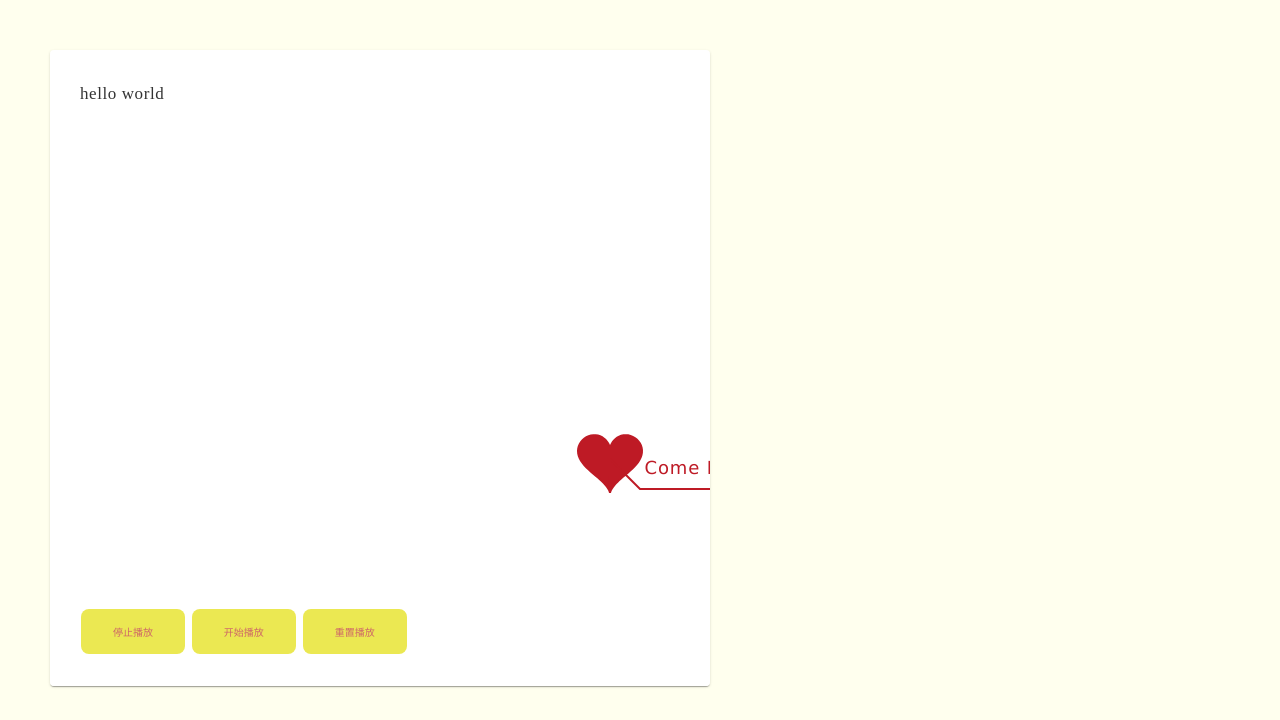
Repository: FuchangXu/FuchangXu.github.io
Page: index copy.html
The author's editor kept a copy of each file at every save. The page is drawn from the files as they stood at one save, then again after the next save.
The browser window is 1280 px wide. The pictures show the whole page.
An inner scrolling area shows only its first screen.

Above is the page before, as saved 2024-08-22 19:14:11.

### index copy.html
<!DOCTYPE html PUBLIC "-//W3C//DTD XHTML 1.0 Strict//EN" "http://www.w3.org/TR/xhtml1/DTD/xhtml1-strict.dtd">
<html xml:lang="en" xmlns="http://www.w3.org/1999/xhtml"><head><meta http-equiv="Content-Type" content="text/html; charset=UTF-8">
		<title>叶瑾睿生日快乐！</title>
        <link type="text/css" rel="stylesheet" href="./js/default.css">
		<script type="text/javascript" src="./js/jquery.min.js"></script>
		<script type="text/javascript" src="./js/jscex.min.js"></script>
		<script type="text/javascript" src="./js/jscex-parser.js"></script>
		<script type="text/javascript" src="./js/jscex-jit.js"></script>
		<script type="text/javascript" src="./js/jscex-builderbase.min.js"></script>
		<script type="text/javascript" src="./js/jscex-async.min.js"></script>
		<script type="text/javascript" src="./js/jscex-async-powerpack.min.js"></script>
		<script type="text/javascript" src="./js/functions.js" charset="utf-8"></script>
		<script type="text/javascript" src="./js/love.js" charset="utf-8"></script>
<style type="text/css">
    .birthday-message {
        color: rgb(215, 54, 54); /* 你可以根据需要修改这个颜色 */
    }

    .time-message {
        /* 假设你想给“现在已经是你的来到世界上的……”这句话设置不同的颜色 */
        color: hwb(0 0% 100%); /* 示例颜色 */
    }
    .zhengwen {
        color: #241414;
    }
    .biaoti {
        color: #e38ad5;
    }
        </style>
 <style>

    .box {
        height: 80vh;
        width: 70%;
        max-width: 600px;
        background-color: #fff;
        padding: 30px;
        border-radius: 4px;
        box-shadow: rgb(0 0 0 / 20%) 0px 2px 1px -1px, rgb(0 0 0 / 14%) 0px 1px 1px 0px, rgb(0 0 0 / 12%) 0px 1px 3px 0px;
        overflow-wrap: break-word;
        word-wrap: break-word;
        hyphens: auto;
        text-align: justify;
        color: #333;
        font-size: 17px;
        line-height: 1.7;
        letter-spacing: 0.034em;
        font-family: "思源黑体";
        overflow-y: scroll;
        position: absolute; /* 绝对定位 */
        top: 50px; /* 距离页面顶部50px */
        left: 50px; /* 距离页面左侧50px */
    }

    .box::-webkit-scrollbar {
        display: none;
        /* Chrome Safari */
    }
</style>

</head>
    <body>
        <div class="box">
            hello world
        <div id="main">
            <div id="error">本页面采用HTML5编辑，目前您的浏览器无法显示，请换成谷歌(<a href="http://www.google.cn/chrome/intl/zh-CN/landing_chrome.html?hl=zh-CN&brand=CHMI">Chrome</a>)或者火狐(<a href="http://firefox.com.cn/download/">Firefox</a>)浏览器，或者其他游览器的最新版本。</div>
<div id="wrap">
                <div id="text">
			        <div id="code">
    <span class="say">
        未来的CHG，我爱你，虽然你看不见我对你的告白</span><br>

        我知道我不会甜言蜜语，但是我会用行动证明一切</span><br>
    <span class="say"> </span><br>
    <span class="say">你说我啰嗦，有些东西因为越在乎所以越失去</span><br>
    <span class="say">因为我太爱你了，所以我失去你了</span><br>
    <span class="say">因为我太啰嗦了，所以你离开了我</span><br>
    <span class="say">虽然你看不见我的告白，但是我还是要把这些心里话说出来</span><br>
	<span class="say"> </span><br>
    <span class="say"><span class="space"></span> -- 你的好哥哥--</span>
			  </font></p>
      </div>
        </div>
        <div id="clock-box">
            <span class="birthday-message">叶瑾睿生日快乐！</span>
            <span class="STYLE1 time-message">现在已经是你的来到世界上的……</span>
            <div id="clock"></div>
        </div>


                <canvas id="canvas" width="1100" height="680"></canvas>
            </div>

        </div>

<audio id="dd" src="2661264151.mp3"></audio> <!-- 隐藏播放器 -->
<div class="button-container">
    <button onclick="dt()" class="btn">停止播放</button>
    <button onclick="st()" class="btn">开始播放</button>
    <button onclick="rs()" class="btn">重置播放</button>
</div>

<style>
    /* 设置按钮容器的样式 */
    .button-container {
        position: absolute; /* 绝对定位 */
        bottom: 20px; /* 距离页面顶部20px */
        left: 20px; /* 距离页面左侧20px */
        padding: 10px; /* 容器内边距 */
    }

    .btn {
        background-color: hwb(59 32% 8%); /* 背景 */
        border: none; /* 无边框 */
        color: rgb(206, 103, 103); /* 白色文字 */
        padding: 15px 32px; /* 内边距 */
        text-align: center; /* 文字居中 */
        text-decoration: none; /* 无下划线 */
        display: inline-block; /* 行内块级元素 */
        font-size: 10px; /* 字体大小 */
        margin: 2px 1px; /* 外边距 */
        cursor: pointer; /* 鼠标指针 */
        border-radius: 8px; /* 圆角 */
        transition-duration: 0.4s; /* 动画持续时间 */
    }

    .btn:hover {
        background-color: white; /* 鼠标悬停时的背景颜色 */
        color: black; /* 鼠标悬停时的文字颜色 */
        box-shadow: 0 8px 16px 0 rgba(0,0,0,0.3); /* 添加阴影 */
    }
</style>

<script type="text/javascript">
    function dt(){
        var dd = document.getElementById("dd");
        dd.pause(); // 暂停音频
    }
    function st(){
        var dd = document.getElementById("dd");
        dd.play(); // 播放音频
    }
    function rs(){
        var dd = document.getElementById("dd");
        dd.load(); // 重置音频
    }
</script>



    <script>
    (function(){
        var canvas = $('#canvas');

        if (!canvas[0].getContext) {
            $("#error").show();
            return false;        }

        var width = canvas.width();
        var height = canvas.height();
        canvas.attr("width", width);
        canvas.attr("height", height);
        var opts = {
            seed: {
                x: width / 2 - 20,
                color: "rgb(190, 26, 37)",
                scale: 2
            },
            branch: [
                [535, 680, 570, 250, 500, 200, 30, 100, [
                    [540, 500, 455, 417, 340, 400, 13, 100, [
                        [450, 435, 434, 430, 394, 395, 2, 40]
                    ]],
                    [550, 445, 600, 356, 680, 345, 12, 100, [
                        [578, 400, 648, 409, 661, 426, 3, 80]
                    ]],
                    [539, 281, 537, 248, 534, 217, 3, 40],
                    [546, 397, 413, 247, 328, 244, 9, 80, [
                        [427, 286, 383, 253, 371, 205, 2, 40],
                        [498, 345, 435, 315, 395, 330, 4, 60]
                    ]],
                    [546, 357, 608, 252, 678, 221, 6, 100, [
                        [590, 293, 646, 277, 648, 271, 2, 80]
                    ]]
                ]]
            ],
            bloom: {
                num: 700,
                width: 1080,
                height: 650,
            },
            footer: {
                width: 1200,
                height: 5,
                speed: 10,
            }
        }

        var tree = new Tree(canvas[0], width, height, opts);
        var seed = tree.seed;
        var foot = tree.footer;
        var hold = 1;

        canvas.click(function(e) {
            var offset = canvas.offset(), x, y;
            x = e.pageX - offset.left;
            y = e.pageY - offset.top;
            if (seed.hover(x, y)) {
                hold = 0;
                canvas.unbind("click");
                canvas.unbind("mousemove");
                canvas.removeClass('hand');
            }
        }).mousemove(function(e){
            var offset = canvas.offset(), x, y;
            x = e.pageX - offset.left;
            y = e.pageY - offset.top;
            canvas.toggleClass('hand', seed.hover(x, y));
        });

        var seedAnimate = eval(Jscex.compile("async", function () {
            seed.draw();
            while (hold) {
                $await(Jscex.Async.sleep(10));
            }
            while (seed.canScale()) {
                seed.scale(0.95);
                $await(Jscex.Async.sleep(10));
            }
            while (seed.canMove()) {
                seed.move(0, 2);
                foot.draw();
                $await(Jscex.Async.sleep(10));
            }
        }));

        var growAnimate = eval(Jscex.compile("async", function () {
            do {
    	        tree.grow();
                $await(Jscex.Async.sleep(10));
            } while (tree.canGrow());
        }));

        var flowAnimate = eval(Jscex.compile("async", function () {
            do {
    	        tree.flower(2);
                $await(Jscex.Async.sleep(10));
            } while (tree.canFlower());
        }));

        var moveAnimate = eval(Jscex.compile("async", function () {
            tree.snapshot("p1", 240, 0, 610, 680);
            while (tree.move("p1", 500, 0)) {
                foot.draw();
                $await(Jscex.Async.sleep(10));
            }
            foot.draw();
            tree.snapshot("p2", 500, 0, 610, 680);

            canvas.parent().css("background", "url(" + tree.toDataURL('image/png') + ")");
            canvas.css("background", "#ffe");
            $await(Jscex.Async.sleep(300));
            canvas.css("background", "none");
        }));

        var jumpAnimate = eval(Jscex.compile("async", function () {
            var ctx = tree.ctx;
            while (true) {
                tree.ctx.clearRect(0, 0, width, height);
                tree.jump();
                foot.draw();
                $await(Jscex.Async.sleep(25));
            }
        }));

        var textAnimate = eval(Jscex.compile("async", function () {
		    var together = new Date();
		    together.setFullYear(2008,9 , 10); 			//时间年月日
		    together.setHours(0);						//小时
		    together.setMinutes(0);					//分钟
		    together.setSeconds(0);					//秒前一位
		    together.setMilliseconds(2);				//秒第二位

		    $("#code").show().typewriter();
            $("#clock-box").fadeIn(500);
            while (true) {
                timeElapse(together);
                $await(Jscex.Async.sleep(1000));
            }
        }));

        var runAsync = eval(Jscex.compile("async", function () {
            $await(seedAnimate());
            $await(growAnimate());
            $await(flowAnimate());
            $await(moveAnimate());

            textAnimate().start();

            $await(jumpAnimate());
        }));

        runAsync().start();
    })();
    </script>

</div>
</body>
</html>

### js/default.css
body{margin:0;padding:0;background:#ffe;font-size:14px;font-family:'微软雅黑','宋体',sans-serif;color:#231F20;overflow:auto}
a {color:#000;font-size:14px;}
#main{width:100%;}
#wrap{position:relative;margin:0 auto;width:1100px;height:680px;margin-top:10px;}
#text{width:400px;height:425px;left:60px;top:80px;position:absolute;}
#code{display:none;font-size:16px;}
#clock-box {position:absolute;left:60px;top:550px;font-size:28px;display:none;}
#clock-box a {font-size:28px;text-decoration:none;}
#clock{margin-left:48px;}
#clock .digit {font-size:64px;}
#canvas{margin:0 auto;width:1100px;height:680px;}
#error{margin:0 auto;text-align:center;margin-top:60px;display:none;}
.hand{cursor:pointer;}
.say{margin-left:5px;}
.space{margin-right:150px;}

### js/functions.js
/*
 * http://love.hackerzhou.me
 */

// variables
var $win = $(window);
var clientWidth = $win.width();
var clientHeight = $win.height();

$(window).resize(function() {
    var newWidth = $win.width();
    var newHeight = $win.height();
    if (newWidth != clientWidth && newHeight != clientHeight) {
        location.replace(location);
    }
});

(function($) {
	$.fn.typewriter = function() {
		this.each(function() {
			var $ele = $(this), str = $ele.html(), progress = 0;
			$ele.html('');
			var timer = setInterval(function() {
				var current = str.substr(progress, 1);
				if (current == '<') {
					progress = str.indexOf('>', progress) + 1;
				} else {
					progress++;
				}
				$ele.html(str.substring(0, progress) + (progress & 1 ? '_' : ''));
				if (progress >= str.length) {
					clearInterval(timer);
				}
			}, 75);
		});
		return this;
	};
})(jQuery);

function timeElapse(date){
	var current = Date();
	var seconds = (Date.parse(current) - Date.parse(date)) / 1000;
	var days = Math.floor(seconds / (3600 * 24));
	seconds = seconds % (3600 * 24);
	var hours = Math.floor(seconds / 3600);
	if (hours < 10) {
		hours = "0" + hours;
	}
	seconds = seconds % 3600;
	var minutes = Math.floor(seconds / 60);
	if (minutes < 10) {
		minutes = "0" + minutes;
	}
	seconds = seconds % 60;
	if (seconds < 10) {
		seconds = "0" + seconds;
	}
	var result = "第 <span class=\"digit\">" + days + "</span> 天 <span class=\"digit\">" + hours + "</span> 小时 <span class=\"digit\">" + minutes + "</span> 分钟 <span class=\"digit\">" + seconds + "</span> 秒";
	$("#clock").html(result);
}

Loaded but not shown: js/jquery.min.js (library); js/jscex.min.js (common file); js/jscex-builderbase.min.js (common file); js/jscex-async.min.js (library); js/jscex-async-powerpack.min.js (library); js/jscex-parser.js (1352 lines, source omitted); js/jscex-jit.js (1406 lines, source omitted); js/love.js (533 lines, source omitted)

After the next save:
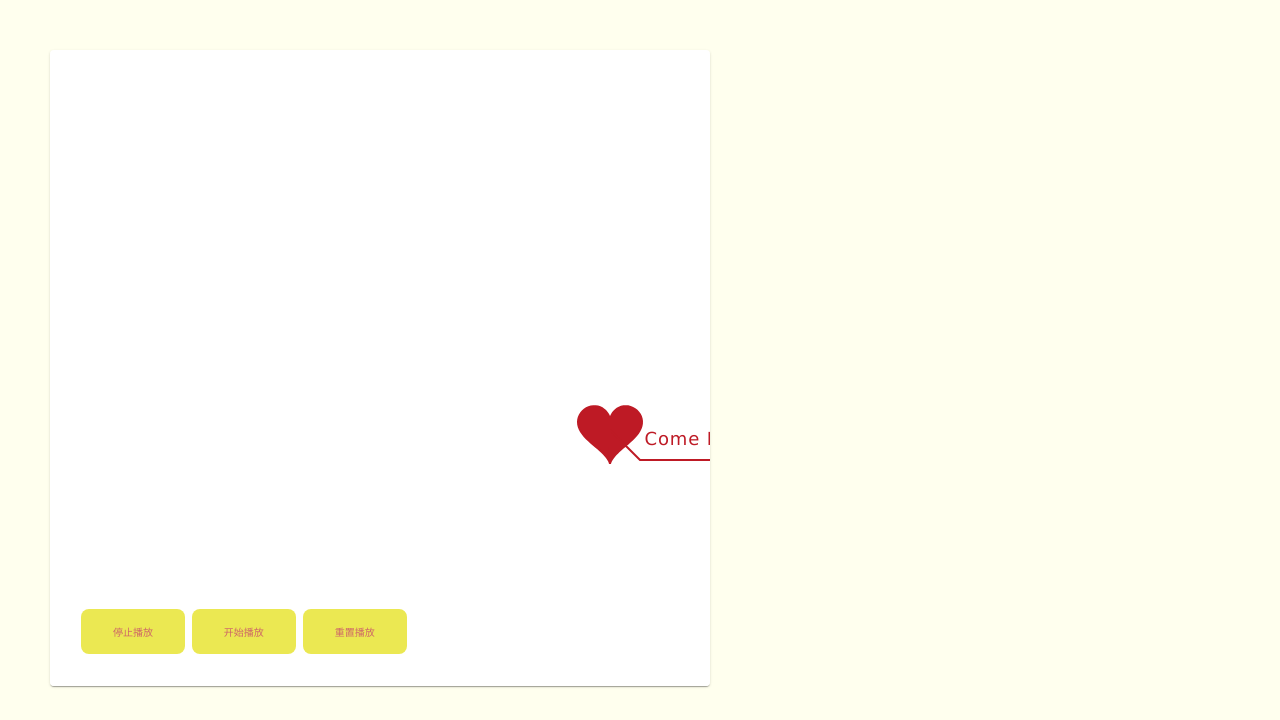
Saved 71 s later.
--- a/index copy.html
+++ b/index copy.html
@@ -61,7 +61,7 @@
 </head>
     <body>
         <div class="box">
-            hello world
+
         <div id="main">
             <div id="error">本页面采用HTML5编辑，目前您的浏览器无法显示，请换成谷歌(<a href="http://www.google.cn/chrome/intl/zh-CN/landing_chrome.html?hl=zh-CN&brand=CHMI">Chrome</a>)或者火狐(<a href="http://firefox.com.cn/download/">Firefox</a>)浏览器，或者其他游览器的最新版本。</div>
 <div id="wrap">
@@ -72,7 +72,7 @@
 
         我知道我不会甜言蜜语，但是我会用行动证明一切</span><br>
     <span class="say"> </span><br>
-    <span class="say">你说我啰嗦，有些东西因为越在乎所以越失去</span><br>
+    <span class="box">你说我啰嗦，有些东西因为越在乎所以越失去</span><br>
     <span class="say">因为我太爱你了，所以我失去你了</span><br>
     <span class="say">因为我太啰嗦了，所以你离开了我</span><br>
     <span class="say">虽然你看不见我的告白，但是我还是要把这些心里话说出来</span><br>
